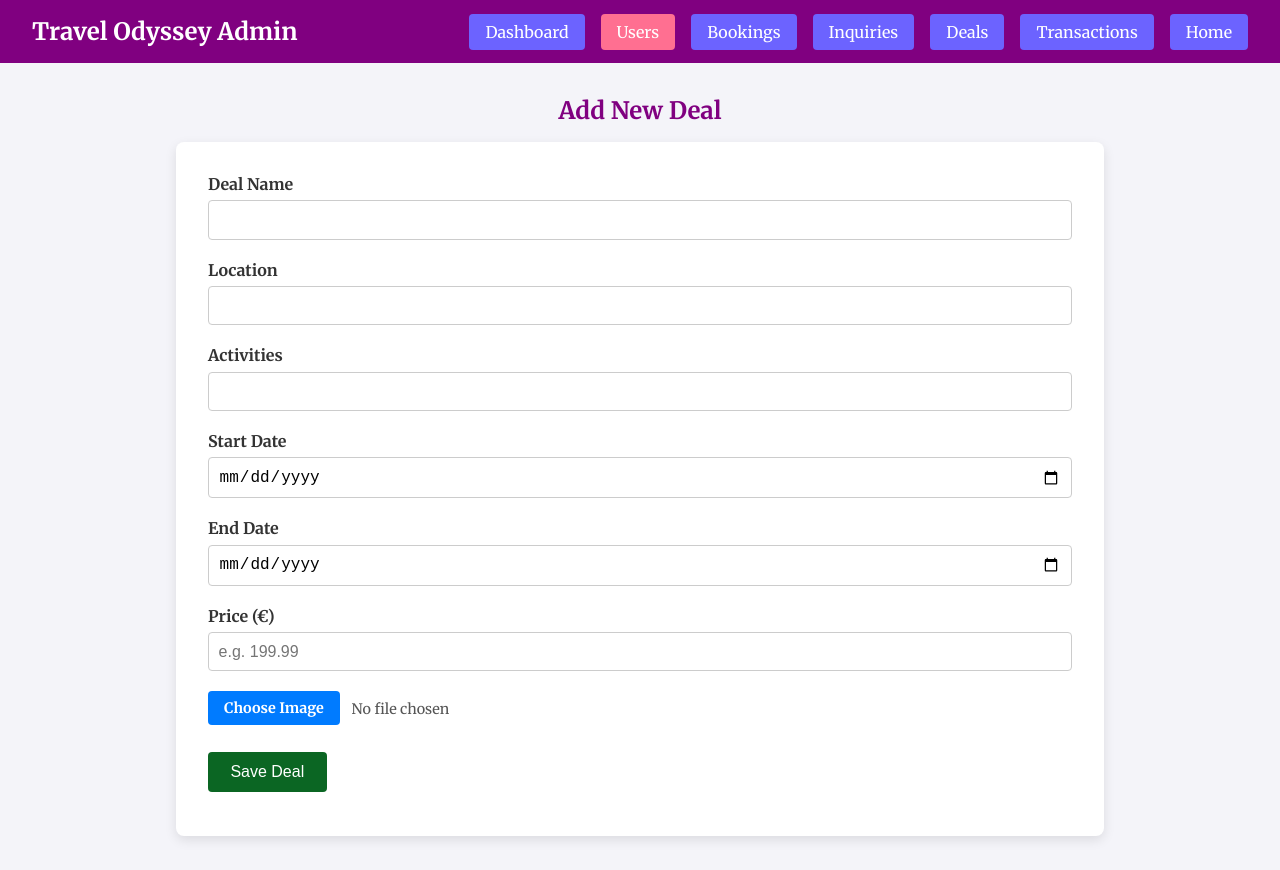
Repository: GHzPhoenix/Project-Odyssey
Page: Frontend/add-deal.html
These files come from the project's save history. The page is drawn as it stood at one moment and after the next save; the edit follows.
The browser window is 1280 px wide. The pictures show the whole page.

Above is the page before, as saved 2025-07-10 09:28:47.

After the next save:
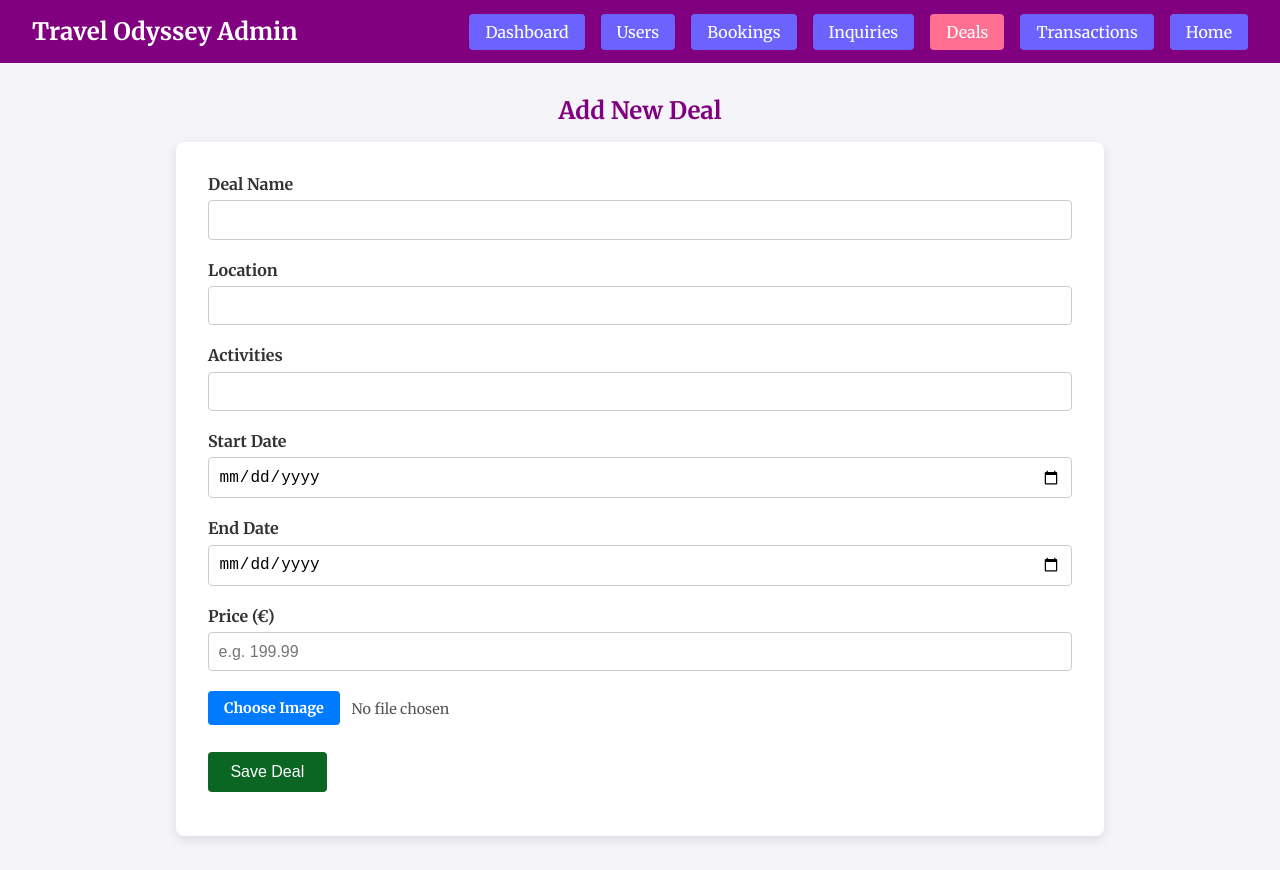
Saved 25 s later.
--- a/Frontend/add-deal.html
+++ b/Frontend/add-deal.html
@@ -12,10 +12,10 @@
         <div class="logo">Travel Odyssey Admin</div>
         <ul>
           <li><a href="admin.html">Dashboard</a></li>
-          <li><a href="admin-users.html" class="active">Users</a></li>
+          <li><a href="admin-users.html">Users</a></li>
           <li><a href="admin-bookings.html">Bookings</a></li>
           <li><a href="inquiries.html">Inquiries</a></li>
-          <li><a href="add-deal.html">Deals</a></li>
+          <li><a href="add-deal.html" class="active">Deals</a></li>
           <li><a href="transactions.html">Transactions</a></li>
           <li><a href="index.html">Home</a></li>
         </ul>
